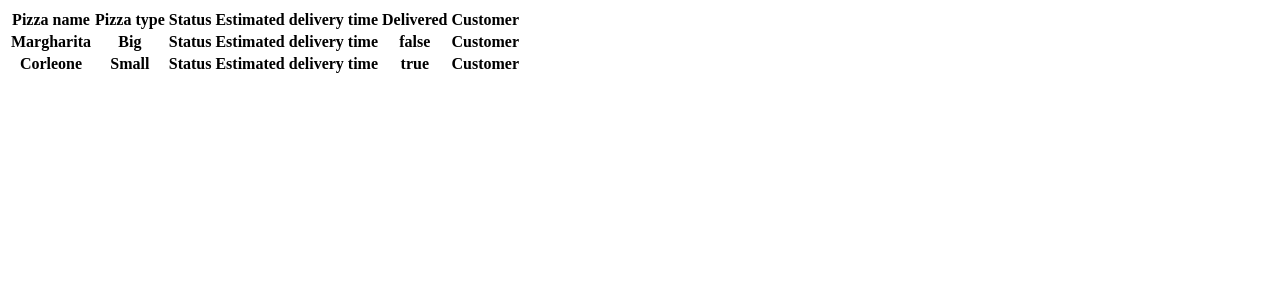
Repository: lukas77pro/html_css_js
Page: html/Test/WebContent/Tabela.html
These files come from the project's save history. The page is drawn as it stood at one moment and after the next save; the edit follows.
The browser window is 1280 px wide. The pictures show the whole page.

Above is the page before, as saved 2015-07-10 11:49:05.

After the next save:
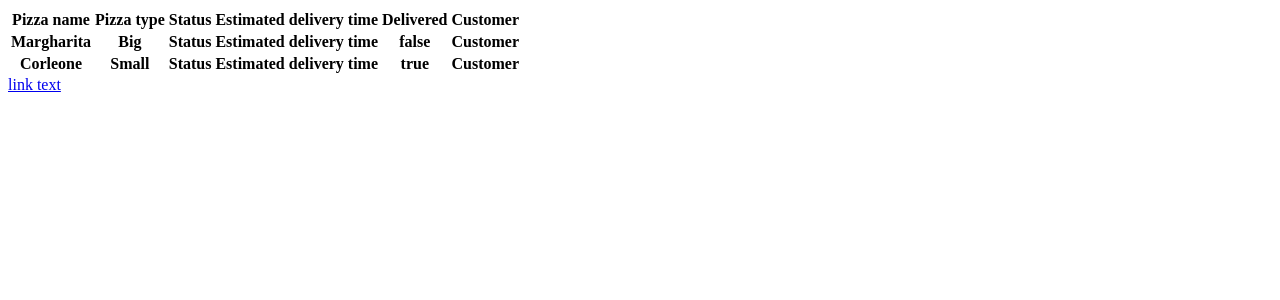
Saved 22 s later.
--- a/html/Test/WebContent/Tabela.html
+++ b/html/Test/WebContent/Tabela.html
@@ -31,5 +31,8 @@
 			<th>Customer</th>
 		</tr>
 	</table>
+
+<a href="url">link text</a>
+
 </body>
 </html>
